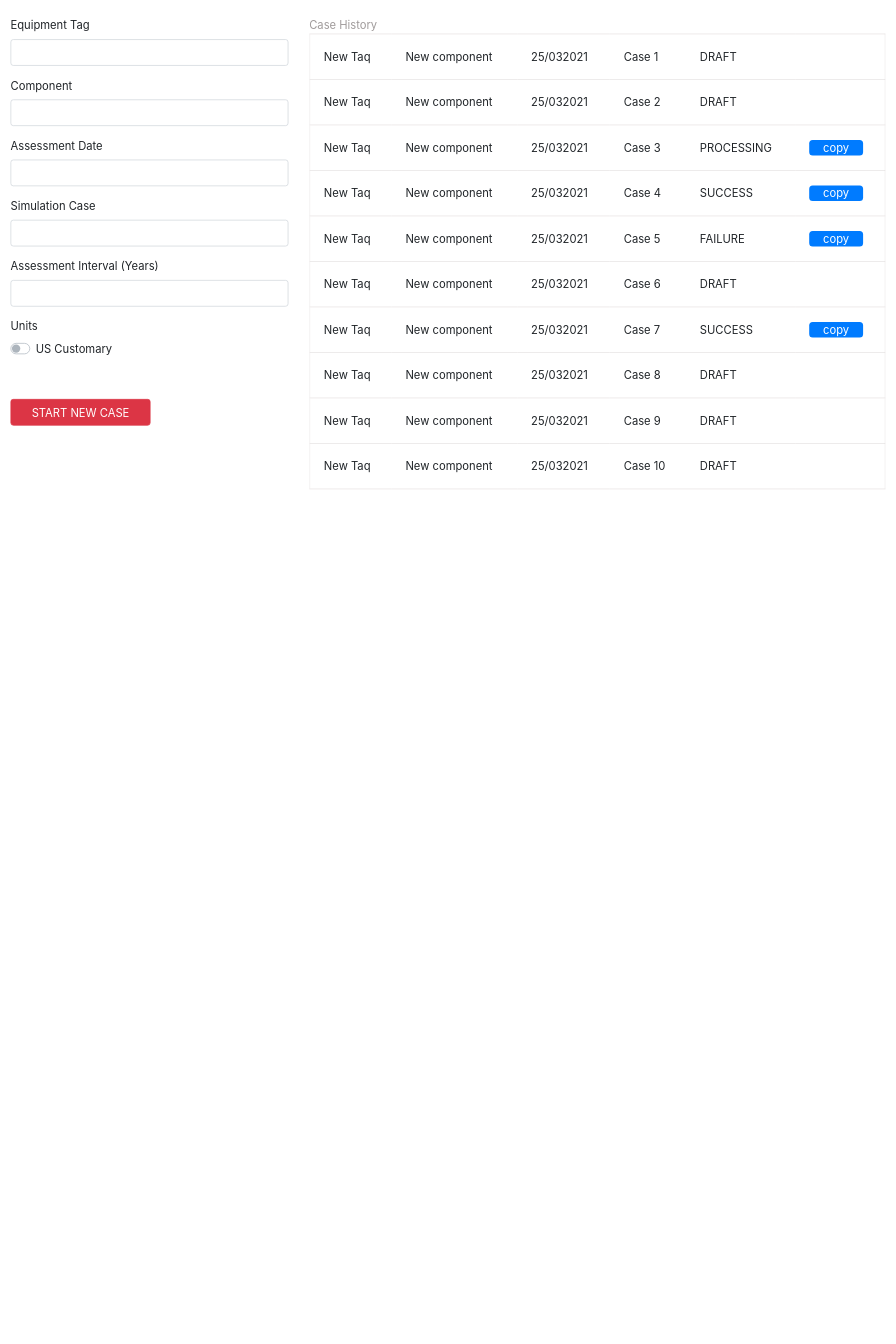
Repository: arif286/dashboard
Page: /
The author's editor kept a copy of each file at every save. The page is drawn from the files as they stood at one save, then again after the next save.
The browser window is 1280 px wide. The pictures show the part of the page from y = 0 to 1920 px (the page is 5874 px tall before and 720 px after), at 70% of full size.
An inner scrolling area shows only its first screen. The project was rebuilt for these pictures with package versions that can differ from the ones it lists, and the page was loaded fresh each time. The framework's server and built-in components were replaced by stand-ins that run in the browser. Also part of the build but not shown: nuxt.config.js, components/Nav.vue.

Above is the page before, as saved 2021-06-18 19:52:01.

### components/Form.vue
<template>
  <div>
    <form class="Assessment-input" action="">
      <div class="mb-3">
        <label for="Input1" class="form-label">Equipment Tag</label>
        <input id="Input1" type="text" class="form-control">
      </div>
      <div class="mb-3">
        <label for="Input2" class="form-label">Component</label>
        <input id="Input2" type="text" class="form-control">
      </div>
      <div class="mb-3">
        <label for="Input3" class="form-label">Assessment Date</label>
        <input id="Input3" type="text" class="form-control">
      </div>
      <div class="mb-3">
        <label for="Input4" class="form-label">Simulation Case</label>
        <input id="Input4" type="text" class="form-control">
      </div>
      <div class="mb-3">
        <label for="Input5" class="form-label">Assessment Interval (Years)</label>
        <input id="Input5" type="text" class="form-control">
      </div>
      <div>
        <label for="Input5" class="form-label">Units</label>
        <b-form-checkbox v-model="checked" name="check-button" switch>
          US Customary
        </b-form-checkbox>
      </div>
      <b-button class="submit-button" type="submit" variant="danger">
        START NEW CASE
      </b-button>
    </form>
  </div>
</template>
<script>
export default {
  data () {
    return {
      form: {
        email: '',
        name: '',
        food: null,
        checked: []
      },
      foods: [
        { text: 'Select One', value: null },
        'Carrots',
        'Beans',
        'Tomatoes',
        'Corn'
      ],
      show: true,
      checked: false
    }
  },
  methods: {
    onSubmit (event) {
      event.preventDefault()
      alert(JSON.stringify(this.form))
    }
  }
}
</script>
<style>
.submit-button {
  width: 200px;
  margin-top: 60px;
}
.Assessment-input input:focus {
  border-color: red;
  box-shadow: none;
}
</style>

### components/Table.vue
<template>
  <div class="table-contain">
    <p class="title">
      Case History
    </p>
    <table class="w-100 table-border">
      <tbody>
        <tr v-for="item in data" :key="item.id">
          <td>{{ item.equipmentTag }}</td>
          <td>{{ item.component }}</td>
          <td>{{ item.assessmentDate }}</td>
          <td>Case {{ item.case }}</td>
          <td>
            <span>
              {{ item.status }}
            </span>
          </td>
          <td>
            <span :class="item.copy ? 'copy-btn' : ''">{{ item.copy ? 'copy' : '' }}</span>
          </td>
        </tr>
      </tbody>
    </table>
  </div>
</template>

<script>
export default {
  props: {
    data: {
      type: Array,
      required: true
    }
  }
}
</script>
<style scoped>

.table-border tr{
 border: 1px solid #e6e2e2;
}
.table-border td{
  padding: 20px;
}
.title{
  margin-bottom: 0px;
  color: #a09b9b;
}
.table-contain {
  height: 5850px;
  overflow-y: scroll;
}
.copy-btn{
  background-color: #007bff;
  padding: 1px 20px;
  color: white;
  border-radius: 5px;
}
.status-draft{
  color: #007bff;
}
.status-process{
  color: orange;
}
.status-success{
  color: greenyellow;
}
.status-failure{
  color: red;
}
</style>

### pages/index.vue
<template>
  <div class="container">
    <div class="row mt-4">
      <div class="col-4">
        <Form />
      </div>
      <div class="col-8">
        <Table :data="dashboardData" />
      </div>
    </div>
  </div>
</template>

<script>
import { dashboardData } from '@/assets/dashboard.js'
// eslint-disable-next-line semi
export default {
  data () {
    return { dashboardData }
  }
}
</script>

<style>
.container {
  max-width: 1760px;
}
</style>

### assets/dashboard.js
export const dashboardData = [
  {
    id: 1,
    equipmentTag: 'New Taq',
    component: 'New component',
    assessmentDate: '25/032021',
    case: 1,
    status: 'DRAFT'
  },
  {
    id: 2,
    equipmentTag: 'New Taq',
    component: 'New component',
    assessmentDate: '25/032021',
    case: 2,
    status: 'DRAFT'
  },
  {
    id: 3,
    equipmentTag: 'New Taq',
    component: 'New component',
    assessmentDate: '25/032021',
    case: 3,
    status: 'PROCESSING',
    copy: true
  },
  {
    id: 4,
    equipmentTag: 'New Taq',
    component: 'New component',
    assessmentDate: '25/032021',
    case: 4,
    status: 'SUCCESS',
    copy: true
  },
  {
    id: 5,
    equipmentTag: 'New Taq',
    component: 'New component',
    assessmentDate: '25/032021',
    case: 5,
    status: 'FAILURE',
    copy: true
  },
  {
    id: 6,
    equipmentTag: 'New Taq',
    component: 'New component',
    assessmentDate: '25/032021',
    case: 6,
    status: 'DRAFT'
  },
  {
    id: 7,
    equipmentTag: 'New Taq',
    component: 'New component',
    assessmentDate: '25/032021',
    case: 7,
    status: 'SUCCESS',
    copy: true
  },
  {
    id: 8,
    equipmentTag: 'New Taq',
    component: 'New component',
    assessmentDate: '25/032021',
    case: 8,
    status: 'DRAFT'
  },
  {
    id: 9,
    equipmentTag: 'New Taq',
    component: 'New component',
    assessmentDate: '25/032021',
    case: 9,
    status: 'DRAFT'
  },
  {
    id: 10,
    equipmentTag: 'New Taq',
    component: 'New component',
    assessmentDate: '25/032021',
    case: 10,
    status: 'DRAFT'
  }
]

Loaded but not shown: layouts/default.vue (common file)

After the next save:
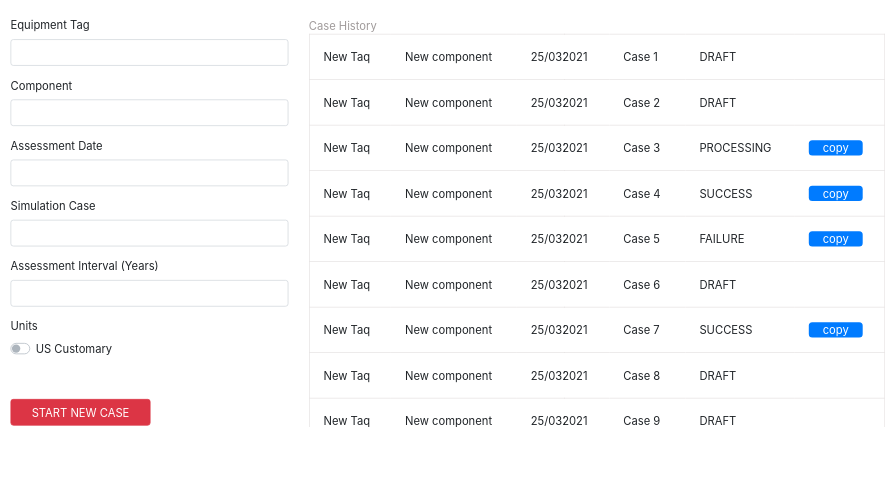
Saved 10 s later.
--- a/components/Table.vue
+++ b/components/Table.vue
@@ -47,7 +47,7 @@ export default {
   color: #a09b9b;
 }
 .table-contain {
-  height: 5850px;
+  height: 585px;
   overflow-y: scroll;
 }
 .copy-btn{
